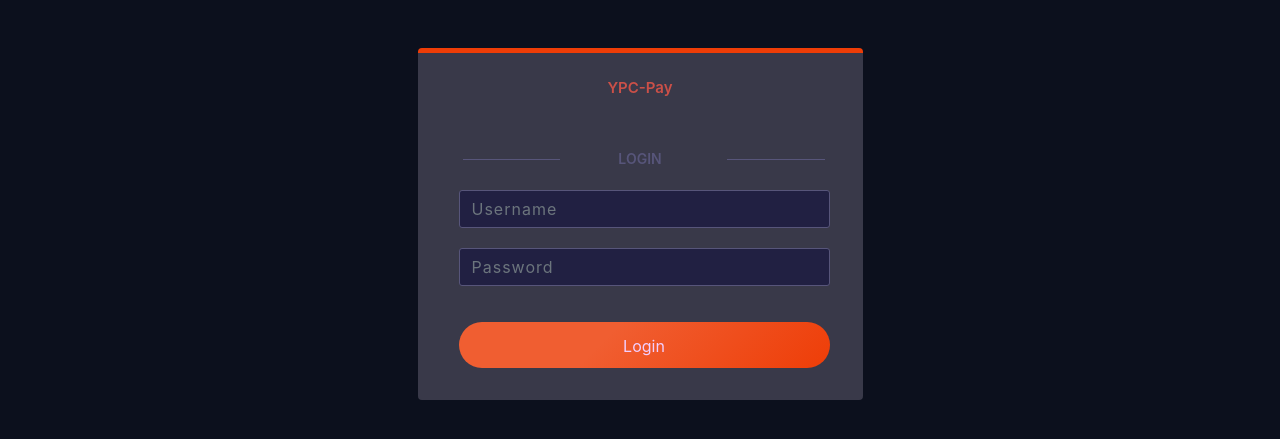
Repository: imamarin/ypcpay
Page: http://localhost/
The author's editor kept a copy of each file at every save. The page is drawn from the files as they stood at one save, then again after the next save.
The browser window is 1280 px wide. The pictures show the whole page.
Some web libraries are served in a nearby version. The page is served by the project's Laravel application, run on PHP 8.4 with Laravel 8. Other server files are loaded and not shown.

Above is the page before, as saved 2022-05-21 09:35:25.
Console error: TypeError: Cannot read properties of undefined (reading 'fn')

### routes/web.php
<?php

use Illuminate\Support\Facades\Route;

/*
|--------------------------------------------------------------------------
| Web Routes
|--------------------------------------------------------------------------
|
| Here is where you can register web routes for your application. These
| routes are loaded by the RouteServiceProvider within a group which
| contains the "web" middleware group. Now create something great!
|
*/

Route::get('/', function () {
    return view('login');
});

Route::get('/home', function () {
    return view('v_home');
});

### resources/views/login.blade.php
<!DOCTYPE html>
<html lang="{{ str_replace('_', '-', app()->getLocale()) }}">
    <head>
        <meta charset="utf-8">
        <meta name="viewport" content="width=device-width, initial-scale=1">

        <title>Laravel</title>

        <!-- Fonts -->
        <link href="https://stackpath.bootstrapcdn.com/bootstrap/4.3.1/css/bootstrap.min.css" rel="stylesheet">
        <link href="https://use.fontawesome.com/releases/v5.7.2/css/all.css" rel="stylesheet">
        <script src="https://stackpath.bootstrapcdn.com/bootstrap/4.3.1/js/bootstrap.bundle.min.js"></script>
        <script src="https://cdnjs.cloudflare.com/ajax/libs/jquery/3.2.1/jquery.min.js"></script>

        <style>
            body{
                background-color: #0c101d;
            }
            .card{
                border: none;
                border-top: 5px solid  rgb(238, 61, 7);
                background: #393949;
                color: #57557A;
            }
            p{
                font-weight: 600;
                font-size: 15px;
            }
            .fab{
                display: flex;
                justify-content: center;
                align-items: center;
                border: none;
                background: #2A284D;
                height: 40px;
                width: 90px;
            }
            .fab:hover{
                cursor: pointer;
            }
            .fa-twitter{
                color: #56ABEC;
            }
            .fa-facebook{
                color: #1775F1;
            }
            .fa-google{
                color: #CB5048;
            }
            .division{
                float: none;
                position: relative;
                margin: 30px auto 20px;
                text-align: center;
                width: 100%;
                box-sizing: border-box;
            }
            .division .line{
                border-top: 1.5px solid #57557A;;
                position: absolute;
                top: 13px;
                width: 85%;
            }
            .line.l{
                left: 52px;
            }
            .line.r{
                right: 45px;

            }
            .division span{
                font-weight: 600;
                font-size: 14px;
            }
            .myform{
                padding: 0 25px 0 33px;
            }
            .form-control{
                border: 1px solid #57557A;
                border-radius: 3px;
                background: #212042;
                margin-bottom: 20px;
                letter-spacing: 1px;

            }
            .form-control:focus{
                border: 1px solid #57557A;
                border-radius: 3px;
                box-shadow: none;
                background: #212042;
                color: #fff;
                letter-spacing: 1px;
            }
            .bn{
                text-decoration: underline;
            }
            .bn:hover{
                cursor: pointer;
            }
            .form-check-input {
                margin-top: 8px!important;
                }
            .btn-primary{
            background: linear-gradient(135deg,  rgb(240, 94, 49) 39%, rgb(238, 61, 7) 101%);
            border: none;
            border-radius: 50px;
            }
            .btn-primary:focus{
                box-shadow: none;
                border: none;
            }
            small{
                color: #F2CEFF;
            }
            .far.fa-user{
                font-size: 13px;
            }

            @media(min-width: 767px){
                .bn{
                    text-align: right;
                }
            }
            @media(max-width: 767px){
                .form-check{
                    text-align: center;
                }
                .bn{
                    text-align: center;
                    align-items: center;
                }
            }
            @media(max-width: 450px){
                .fab{
                    width: 100%;
                    height: 100%;
                }
                .division .line{
                    width: 50%;
                }
            }
        </style>
    </head>
    <body>
        <div class="container">
            <div class="row d-flex justify-content-center mt-5">
                <div class="col-12 col-md-8 col-lg-6 col-xl-5">
                    <div class="card py-3 px-2">
                        <p class="text-center mb-3 mt-2" style="color: #CB5048">YPC-Pay</p>
                        {{-- <div class="row mx-auto ">
                            <div class="col-4">
                                <i class="fab fa-twitter"></i>
                            </div>
                            <div class="col-4">
                                <i class="fab fa-facebook"></i>
                            </div>
                            <div class="col-4">
                                <i class="fab fa-google"></i>
                            </div>
                        </div> --}}
                        <div class="division">
                            <div class="row">
                                <div class="col-3"><div class="line l"></div></div>
                                <div class="col-6"><span>LOGIN</span></div>
                                <div class="col-3"><div class="line r"></div></div>
                            </div>
                        </div>
                        <form class="myform">
                            <div class="form-group">
                                <input type="email" class="form-control" placeholder="Username">
                              </div>
                             <div class="form-group">
                                <input type="password" class="form-control" placeholder="Password">
                              </div>
                              <div class="row">
                                  <div class="col-md-6 col-12">
                                      {{-- <div class="form-group form-check">
                                        <input type="checkbox" class="form-check-input" id="exampleCheck1">
                                        <label class="form-check-label" for="exampleCheck1">Rester connecte</label>
                                      </div> --}}
                                  </div>
                                  {{-- <div class="col-md-6 col-12 bn">Mot se passe oublie</div> --}}
                              </div>
                              <div class="form-group mt-3">
                                  <button type="button" class="btn btn-block btn-primary btn-lg"><small>Login</small></button>
                              </div>
                        </form>
                    </div>
                </div>
            </div>
        </div>
    </body>
</html>

After the next save:
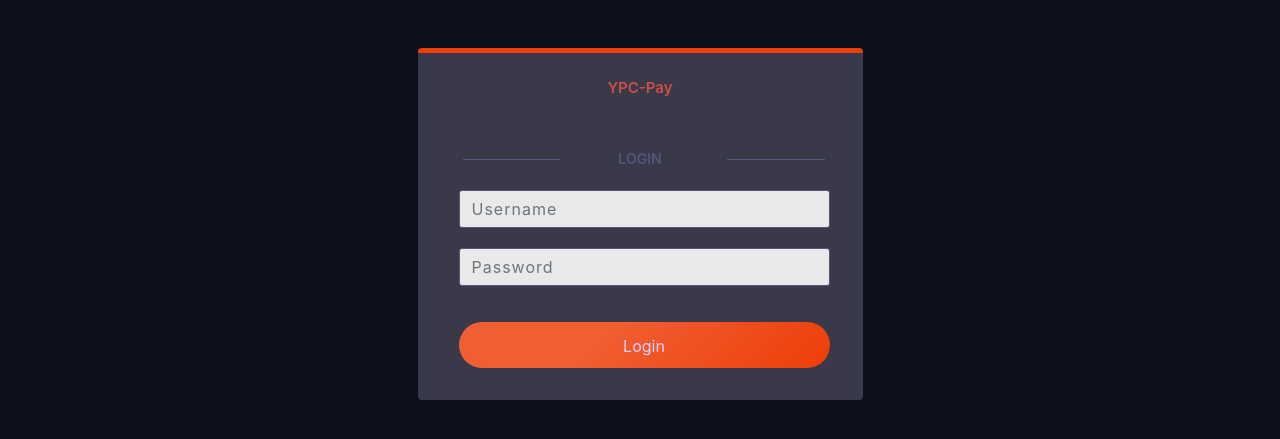
Saved 30 s later.
--- a/resources/views/login.blade.php
+++ b/resources/views/login.blade.php
@@ -78,7 +78,7 @@
             .form-control{
                 border: 1px solid #57557A;
                 border-radius: 3px;
-                background: #212042;
+                background: #e9e9e9;
                 margin-bottom: 20px;
                 letter-spacing: 1px;
 
